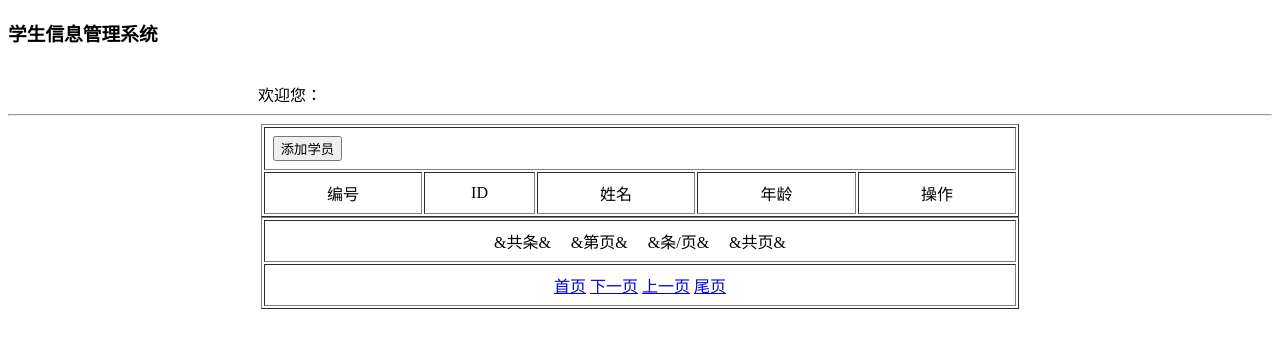
Repository: DataBoxWx/mvc_servlet_3
Page: http://localhost/mvc_2/jsp/studentlist.jsp
These files come from the project's save history. The page is drawn as it stood at one moment and after the next save; the edit follows.
The browser window is 1280 px wide. The pictures show the whole page.
The page is served by Tomcat 9. Other server files are loaded and not shown.

Above is the page before, as saved 2018-05-09 07:03:56.

### mvc_2/WebContent/jsp/studentlist.jsp
<%@ page language="java" contentType="text/html; charset=UTF-8"
    pageEncoding="UTF-8"%>
<%
	String basePath = request.getScheme() + "://" + request.getServerName() + ":" + 	request.getServerPort() + request.getContextPath() + "/";
%>
<!DOCTYPE html PUBLIC "-//W3C//DTD HTML 4.01 Transitional//EN" "http://www.w3.org/TR/html4/loose.dtd">
<html>
<head>
<base href="<%=basePath%>">
<meta http-equiv="Content-Type" content="text/html; charset=UTF-8">
<title>Insert title here</title>
<style type="text/css">
	td{text-align: center}
</style>
</head>
<body>
	<h3>学生信息管理系统</h3><br/>
	<div style="margin-left: 250px">欢迎您：${username}</div><hr>
	<table border="1" align="center" width="60%" cellpadding="8">
		<thead>
			<tr>
				<td style="text-align: left" colspan="5">
					<button id="addBtn">添加学员</button>
				</td>
			</tr>
			<tr>
				<td>编号</td>
				<td>ID</td>
				<td>姓名</td>
				<td>年龄</td>
				<td>操作</td>
			</tr>
		</thead>
		<tbody id ="tbody">

		</tbody>
	</table>
	<table border="1" align="center" width="60%" cellpadding="8">
		<tr>
			<td>
				&共<span></span>条&&nbsp;&nbsp;&nbsp;&nbsp;
				&第<span></span>页&&nbsp;&nbsp;&nbsp;&nbsp;
				  &<span></span>条/页&&nbsp;&nbsp;&nbsp;&nbsp;
				&共<span></span>页&

			</td>
		</tr>
		<tr>
			<td>
				<a href="javascript:viod(0)">首页</a>
				<a href="javascript:viod(0)">下一页</a>
				<a href="javascript:viod(0)">上一页</a>
				<a href="javascript:viod(0)">尾页</a>
			</td>
		</tr>
	</table>
</body>
</html>

After the next save:
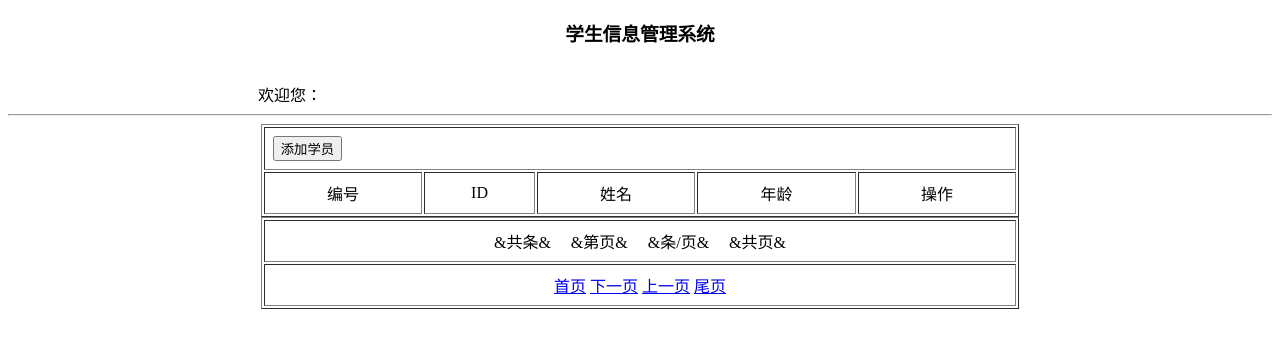
Saved 52 s later.
--- a/mvc_2/WebContent/jsp/studentlist.jsp
+++ b/mvc_2/WebContent/jsp/studentlist.jsp
@@ -14,7 +14,7 @@
 </style>
 </head>
 <body>
-	<h3>学生信息管理系统</h3><br/>
+	<h3 align="center">学生信息管理系统</h3><br/>
 	<div style="margin-left: 250px">欢迎您：${username}</div><hr>
 	<table border="1" align="center" width="60%" cellpadding="8">
 		<thead>
